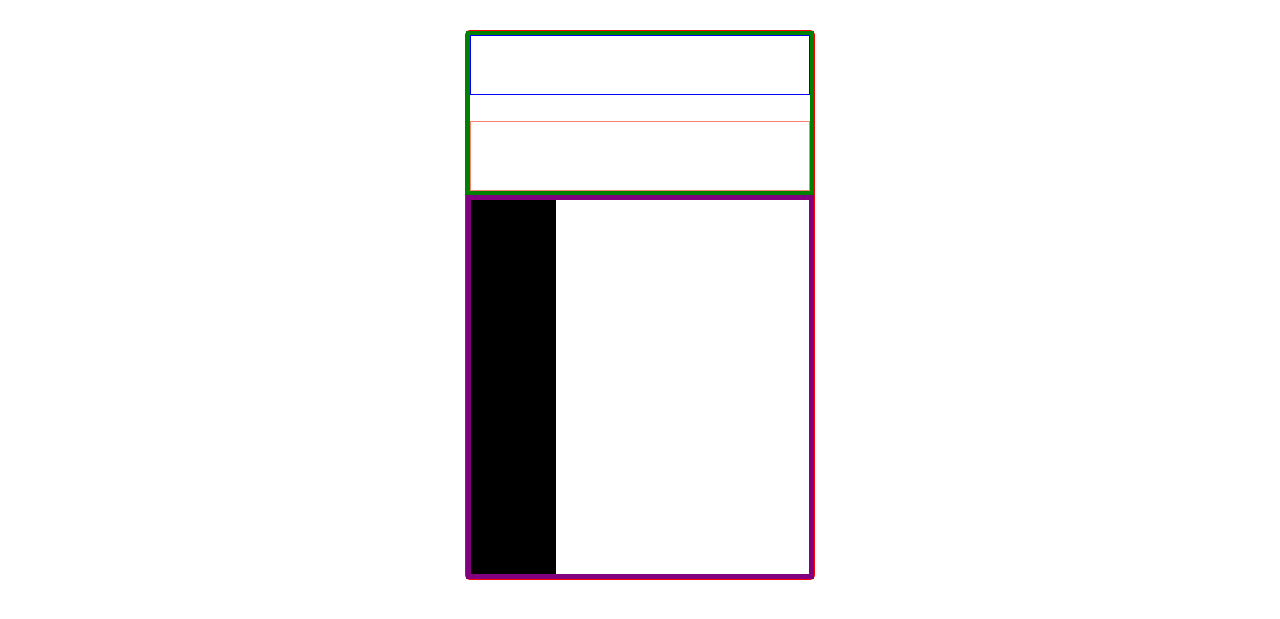
Repository: OfirLana/Calculator
Page: index.html
These files come from the project's save history. The page is drawn as it stood at one moment and after the next save; the edit follows.
The browser window is 1280 px wide. The pictures show the whole page.

Above is the page before, as saved 2019-03-12 18:19:18.

After the next save:
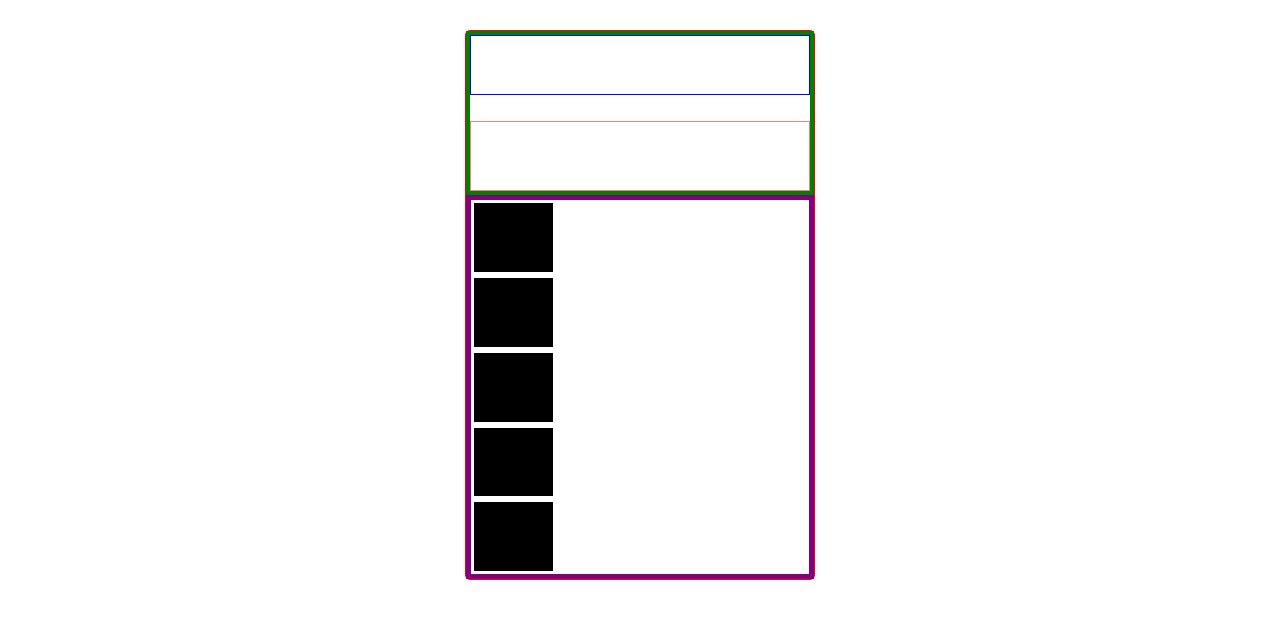
Saved 8 s later.
--- a/style.css
+++ b/style.css
@@ -63,5 +63,5 @@ body {
     width:25%;
     height:20%;
     background:black;
-    border:3px solid black;
+    border:3px solid white;
 }
